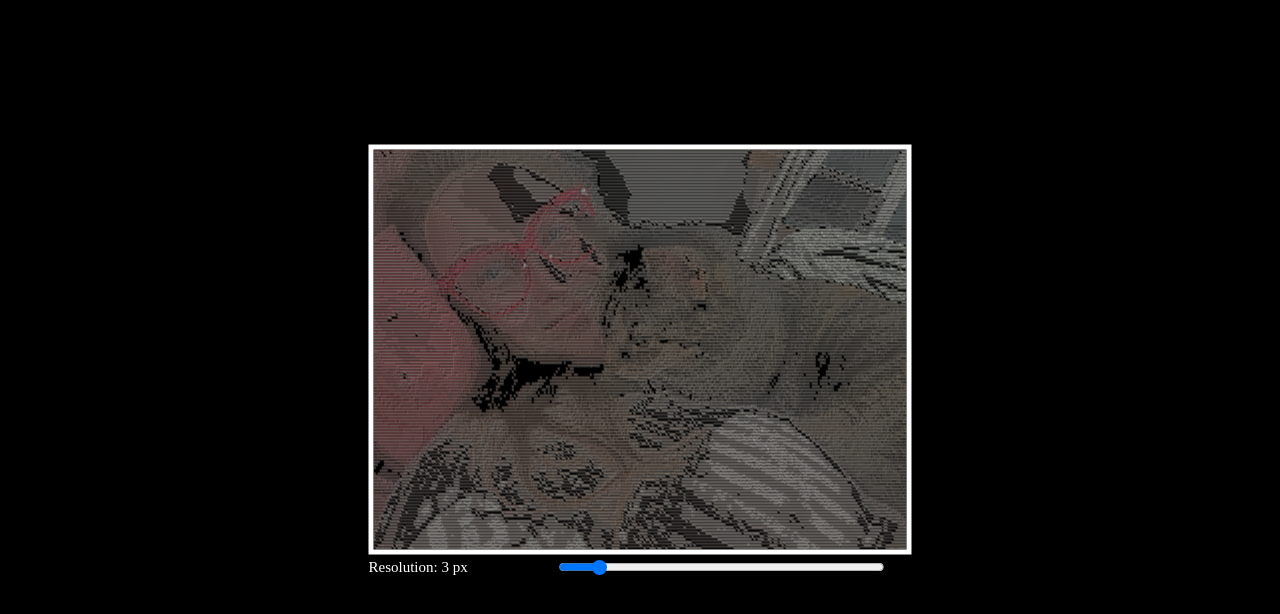
Repository: rosieomusic/ascii-art
Page: index.html
These files come from the project's save history. The page is drawn as it stood at one moment and after the next save; the edit follows.
The browser window is 1280 px wide. The pictures show the whole page.

Above is the page before, as saved 2025-04-16 17:29:45.

### index.html
<!DOCTYPE html>
<html>
	<head>
		<meta charset="UTF-8" />
		<meta
			http-equiv="X-UA-Compatible"
			content="IE-edge"
		/>
		<title>Pixels</title>
		<link
			rel="stylesheet"
			href="styles.css"
		/>
	</head>
	<body>
		<div class="container">
			<canvas id="canvas1"></canvas>
			<div class="controls">
				<label
					for="resolution"
					id="resolutionLabel"
					>Resolution 5 px</label
				>
				<input
					type="range"
					id="resolution"
					name="resolution"
					min="1"
					max="20"
					value="3"
				/>
			</div>
		</div>

		<script src="script.js"></script>
	</body>
</html>

### styles.css
* {
	margin: 0;
	padding: 0;
	box-sizing: border-box;
}
body {
	background: black;
}
.container {
	position: absolute;

	top: 50%;
	left: 50%;
	transform: translate(-50%, -50%);
}
#canvas1 {
	border: 5px solid white;
}
.controls {
	display: flex;
}
.controls > input {
	width: 60%;
}
.controls > label {
	width: 35%;
	color: white;
	font-size: 15px;
}

### script.js
const inputSlider = document.getElementById('resolution');
const inputLabel = document.getElementById('resolutionLabel');
const canvas = document.getElementById('canvas1');
const ctx = canvas.getContext('2d');

const image1 = new Image();
image1.src = 'img/emilyJane.png';
inputSlider.addEventListener('change', handleSlider);

class Cell {
	constructor(x, y, symbol, color, size) {
		this.x = x;
		this.y = y;
		this.symbol = symbol;
		this.color = color;
		this.size = size;
	}
	draw(ctx) {
		ctx.font = `${this.size}px 'Courier New'`;
		ctx.fillStyle = 'white';
		ctx.fillText(this.symbol, this.x + 0.5, this.y + 0.5);

		ctx.fillStyle = this.color;
		ctx.fillText(this.symbol, this.x, this.y);
	}
}
class AsciiEffect {
	#imageCellArray = [];
	#pixels = [];
	#ctx;
	#width;
	#height;
	constructor(ctx, width, height) {
		this.#ctx = ctx;
		this.#width = width;
		this.#height = height;
		this.#ctx.drawImage(image1, 0, 0, this.#width, this.#height);
		this.#pixels = this.#ctx.getImageData(0, 0, this.#width, this.#height);
		console.log(this.#pixels.data);
	}
	#convertToSymbol(g) {
		if (g > 255) return '$';
		else if (g > 250) return '@';
		else if (g > 245) return 'B';
		else if (g > 240) return '%';
		else if (g > 235) return '8';
		else if (g > 230) return '&';
		else if (g > 225) return 'W';
		else if (g > 220) return 'M';
		else if (g > 200) return '#';
		else if (g > 180) return '*';
		else if (g > 160) return 'o';
		else if (g > 140) return 'a';
		else if (g > 120) return 'h';
		else if (g > 100) return 'k';
		else if (g > 80) return 'b';
		else if (g > 60) return 'd';
		else if (g > 40) return 'p';
		else if (g > 20) return 'q';
		else return '';
	}
	#scanImage(cellSize) {
		this.#imageCellArray = [];
		for (let y = 0; y < this.#pixels.height; y += cellSize) {
			for (let x = 0; x < this.#pixels.width; x += cellSize / 1.5) {
				const posX = x * 4;
				const posY = y * 4;
				const pos = (y * this.#pixels.width + x) * 4;

				if (this.#pixels.data[pos + 3] > 128) {
					const red = this.#pixels.data[pos];
					const green = this.#pixels.data[pos + 1];
					const blue = this.#pixels.data[pos + 2];
					const total = red + green + blue;
					const averageColorValue = total / 3;
					const color = `rgb(${red}, ${green}, ${blue})`;
					const symbol = this.#convertToSymbol(averageColorValue);
					if (symbol)
						this.#imageCellArray.push(new Cell(x, y, symbol, color, cellSize));
				}
			}
		}
		console.log(this.#imageCellArray);
	}
	#drawAscii() {
		this.#ctx.clearRect(0, 0, this.#width, this.#height);
		for (let i = 0; i < this.#imageCellArray.length; i++) {
			this.#imageCellArray[i].draw(this.#ctx);
		}
	}
	draw(cellSize) {
		this.#scanImage(cellSize);
		this.#drawAscii();
	}
}
let effect;
function handleSlider() {
	console.log('Slider value: ', inputSlider.value);
	if (inputSlider.value == 1) {
		inputLabel.innerHTML = 'Original Image';
		ctx.drawImage(image1, 0, 0, canvas.width, canvas.height);
	} else {
		inputLabel.innerHTML = 'Resolution: ' + inputSlider.value + ' px';
		ctx.font = parseInt(inputSlider.value) + 'px Courier New';
		effect.draw(parseInt(inputSlider.value));
	}
}
image1.onload = function initialize() {
	console.log('Image loaded: ', image1.src);
	console.log('Image dimiensions: ', image1.width, image1.height);

	canvas.width = image1.width;
	canvas.height = image1.height;
	ctx.drawImage(image1, 0, 0);

	const base64Image = canvas.toDataURL('img/emilyJane.png');
	console.log('Base64 image:', base64Image);

	effect = new AsciiEffect(ctx, image1.width, image1.height);
	//effect.draw(parseInt(inputSlider.value));
	handleSlider();
};

After the next save:
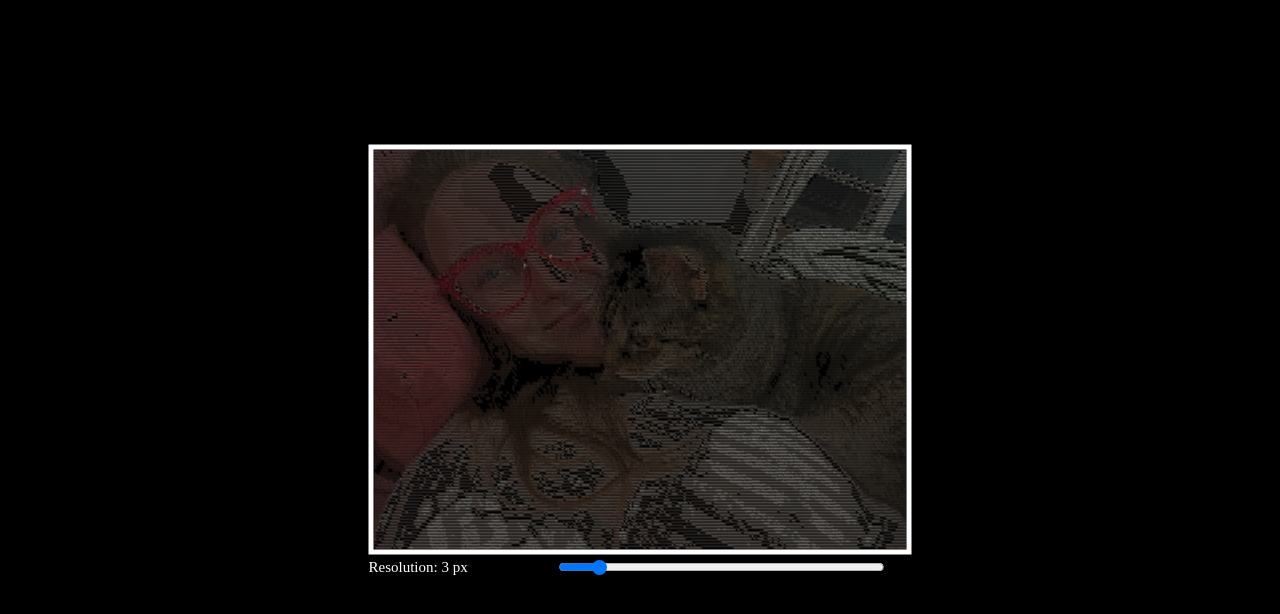
Saved 64 s later.
--- a/script.js
+++ b/script.js
@@ -17,8 +17,8 @@
 	}
 	draw(ctx) {
 		ctx.font = `${this.size}px 'Courier New'`;
-		ctx.fillStyle = 'white';
-		ctx.fillText(this.symbol, this.x + 0.5, this.y + 0.5);
+		ctx.fillStyle = 'rgba(255, 255, 255, 0.25)';
+		ctx.fillText(this.symbol, this.x + 1, this.y + 1);
 
 		ctx.fillStyle = this.color;
 		ctx.fillText(this.symbol, this.x, this.y);
